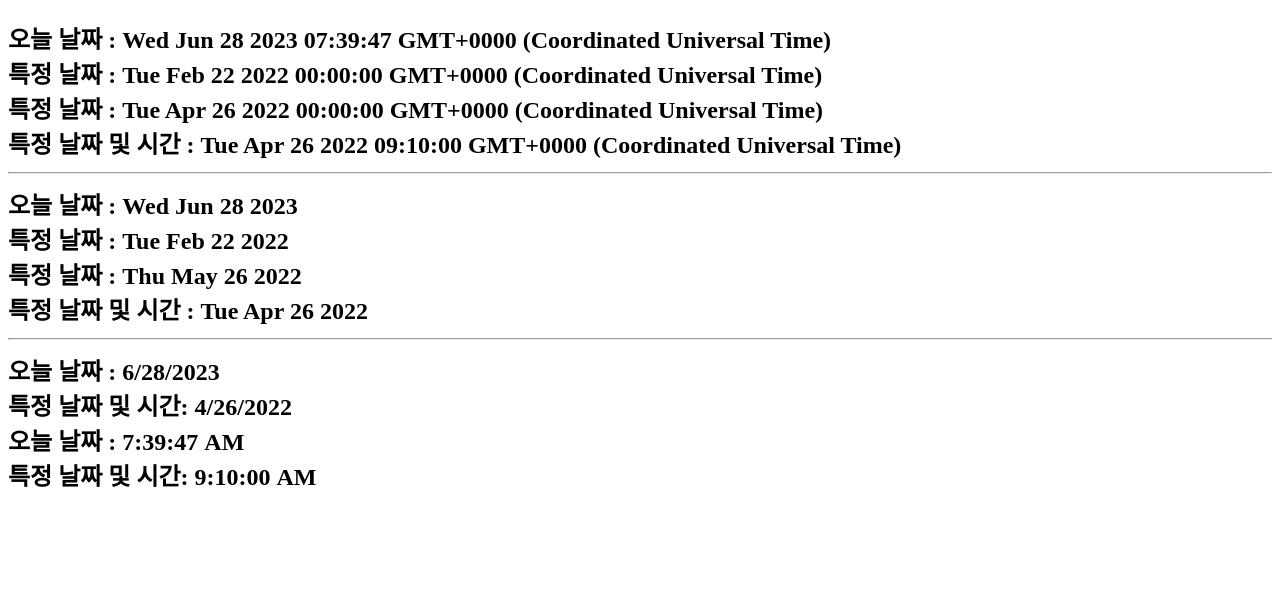
Repository: ady0099/webstudy
Page: 03_javascript/src/main/webapp/day03/ex02_date.html
The author's editor kept a copy of each file at every save. The page is drawn from the files as they stood at one save, then again after the next save.
The browser window is 1280 px wide. The pictures show the whole page.

Above is the page before, as saved 2023-06-29 02:12:07.

After the next save:
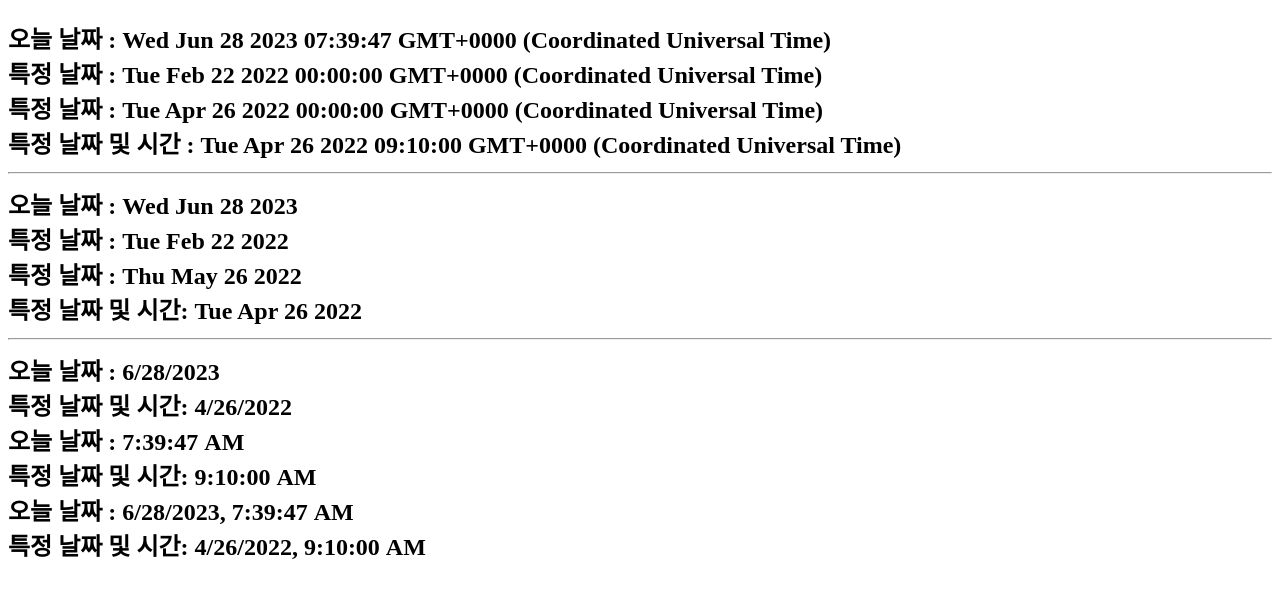
Saved 20 s later.
--- a/03_javascript/src/main/webapp/day03/ex02_date.html
+++ b/03_javascript/src/main/webapp/day03/ex02_date.html
@@ -13,23 +13,25 @@
 			document.write("특정 날짜 및 시간 : "+new Date(2022,04-1,26,09,10)+"<br>");
 			document.write("<hr>");
 
-			// .toDateString()은 보기 쉬운 날짜 형식으로 변경
-			document.write("오늘 날짜 : "+new Date().toDateString()+"<br>");
-			document.write("특정 날짜 : "+new Date("2022-02-22").toDateString()+"<br>");
-			document.write("특정 날짜 : "+new Date(2022,04,26).toDateString()+"<br>");
-			document.write("특정 날짜 및 시간 : "+new Date(2022,04-1,26,09,10).toDateString()+"<br>");
+			 // .toDateString()는 보기 쉬운 날짜 형식으로 변경
+			  document.write("오늘 날짜 : " + new Date().toDateString() + "<br>");
+			  document.write("특정 날짜 : " + new Date("2022-02-22").toDateString() + "<br>");
+			  document.write("특정 날짜 : " + new Date(2022,04,26).toDateString() + "<br>");
+			  document.write("특정 날짜 및 시간: " + new Date(2022,04-1,26,09,10).toDateString() + "<br>");
+			  document.write("<hr>");
 
-			document.write("<hr>");
+			  // .toLocaleDateString() : 보기 쉬운 날짜 형식으로 변경
+			  // .toLocaleTimeString() : 보기 쉬운 시간 형식으로 변경
+			  // .toLocaleString() : 보기 쉬운 날짜/시간 형식으로 변환
+			  document.write("오늘 날짜 : " + new Date().toLocaleDateString() + "<br>");
+			  document.write("특정 날짜 및 시간: " + new Date(2022,04-1,26,09,10).toLocaleDateString() + "<br>");
 
+			  document.write("오늘 날짜 : " + new Date().toLocaleTimeString() + "<br>");
+			  document.write("특정 날짜 및 시간: " + new Date(2022,04-1,26,09,10).toLocaleTimeString() + "<br>");
 
-			// .toLocaleDateString() : 날짜
-			// .toLocaleTimeString() : 시간
-			document.write("오늘 날짜 : " + new Date().toLocaleDateString() + "<br>");
-			document.write("특정 날짜 및 시간: " + new Date(2022,04-1,26,09,10).toLocaleDateString() + "<br>");
-
-			document.write("오늘 날짜 : " + new Date().toLocaleTimeString() + "<br>");
-			document.write("특정 날짜 및 시간: " + new Date(2022,04-1,26,09,10).toLocaleTimeString() + "<br>");
-			document.write("</h2>");
+			  document.write("오늘 날짜 : " + new Date().toLocaleString() + "<br>");
+			  document.write("특정 날짜 및 시간: " + new Date(2022,04-1,26,09,10).toLocaleString() + "<br>");
+			  document.write("</h2>");
 
 
 		</script>
